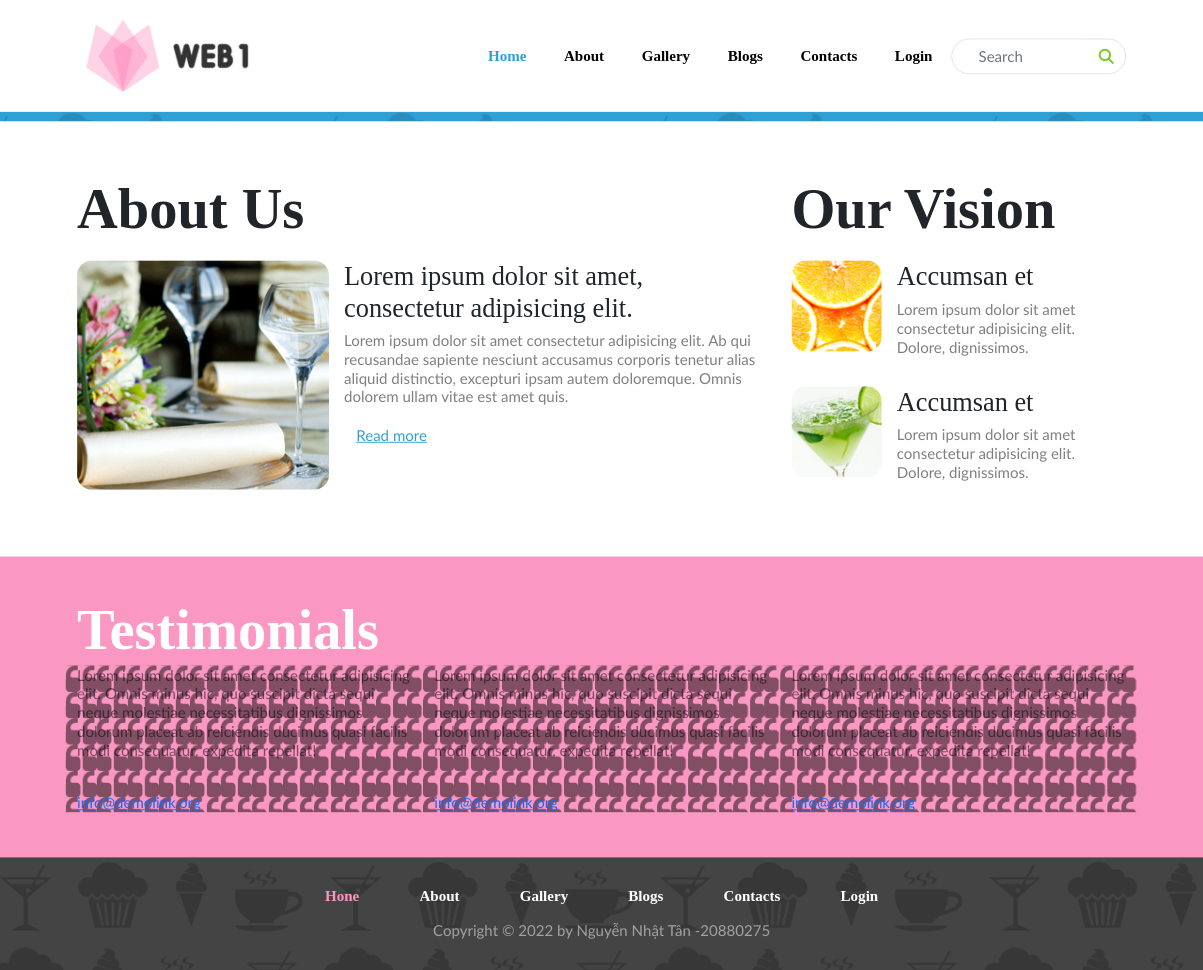
Repository: carembanhkem/web1-20880275
Page: about.html
The author's editor kept a copy of each file at every save. The page is drawn from the files as they stood at one save, then again after a run of saves.
The browser window is 1280 px wide. The pictures show the whole page, at 94% of full size.
Some web fonts or font styles are not loaded; a fallback is used. Some web libraries are served in a nearby version.

Above is the page before, as saved 2023-02-06 11:34:37.
Console error: ReferenceError: bootstrap is not defined

### about.html
<!doctype html>
<html lang="en">

<head>
    <title>20880275 - Web1 Project</title>
    <!-- Required meta tags -->
    <meta charset="utf-8">
    <meta name="viewport" content="width=device-width, initial-scale=1, shrink-to-fit=no">
    <!-- Favicon-->
    <link rel="shortcut icon" href="images/favicon.ico" type="image/x-icon">
    <!-- FontAweSome-->
    <script src="https://kit.fontawesome.com/ee054dad92.js" crossorigin="anonymous"></script>
    <!-- Google Fonts -->
    <link rel="preconnect" href="https://fonts.googleapis.com">
    <link rel="preconnect" href="https://fonts.gstatic.com" crossorigin>
    <link href="https://fonts.googleapis.com/css2?family=Changa+One&display=swap" rel="stylesheet">
    <!-- Bootstrap CSS v5.2.1 -->
    <link href="https://cdn.jsdelivr.net/npm/bootstrap@5.2.1/dist/css/bootstrap.min.css" rel="stylesheet"
        integrity="sha384-iYQeCzEYFbKjA/T2uDLTpkwGzCiq6soy8tYaI1GyVh/UjpbCx/TYkiZhlZB6+fzT" crossorigin="anonymous">
    <link rel="stylesheet" href="css/20880275.css">
</head>

<body>
    <header class="container">
        <nav class="navbar navbar-expand-sm navbar-light">
            <a class="navbar-brand" href="#">
                <img src="images/logo.png" alt="Web1 Logo">
            </a>
            <button class="navbar-toggler d-lg-none" type="button" data-bs-toggle="collapse" data-bs-target="#menu-header" aria-controls="menu-header"
                aria-expanded="false" aria-label="Toggle navigation"></button>
            <div class="collapse navbar-collapse" id="menu-header">
                <ul class="navbar-nav ms-auto mt-2 mt-lg-0">
                    <li class="nav-item">
                        <a class="nav-link active" href="index.html" aria-current="page">Home <span class="visually-hidden">(current)</span></a>
                    </li>
                    <li class="nav-item">
                        <a class="nav-link" href="about.html">About</a>
                    </li>
                    <li class="nav-item">
                        <a class="nav-link" href="gallery.html">Gallery</a>
                    </li>
                    <li class="nav-item">
                        <a class="nav-link" href="blogs.html">Blogs</a>
                    </li>
                    <li class="nav-item">
                        <a class="nav-link" href="contact.html">Contacts</a>
                    </li>
                    <li class="nav-item">
                        <a class="nav-link" href="#" data-bs-toggle="modal" data-bs-target="#modalLogin">Login</a>
                    </li>
                </ul>
                <form class="d-flex my-2 my-lg-0 border rounded-pill" id="formSearch">
                    <input class="form-control border-0 ms-3" type="text" placeholder="Search">
                    <button class="btn my-2 my-sm-0 border-0" type="submit"><i class="fa-solid fa-magnifying-glass"></i></button>
                </form>
            </div>
        </nav>
    </header>

    <section id="banner-small">

    </section>

    <section class="container py-5">
        <div class="row">
            <div class="col-md-8">
                <h1 class="py-3">About Us</h1>
                <div>
                    <img src="images/about-1.jpg" alt="About us" class="float-start rounded-4 me-3">
                    <h3>Lorem ipsum dolor sit amet, consectetur adipisicing elit.</h3>
                    <p class="text-black-50">Lorem ipsum dolor sit amet consectetur adipisicing elit. Ab qui recusandae sapiente nesciunt accusamus corporis tenetur alias aliquid distinctio, excepturi ipsam autem doloremque. Omnis dolorem ullam vitae est amet quis.</p>
                    <a href="#" class="btn btn-link readmore">Read more</a>
                </div>
            </div>
            <div class="col-md-4 col-sm-12">
                <h1 class="py-3">Our Vision</h1>
                <div class="clearfix mb-3">
                    <img src="images/vision/vision-1.jpg" alt="vision1" class="float-start me-3 rounded-4">
                    <h3>Accumsan et</h3>
                    <p class="text-black-50">Lorem ipsum dolor sit amet consectetur adipisicing elit. Dolore, dignissimos.</p>
                </div>
                <div class="clearfix mb-3">
                    <img src="images/vision/vision-2.jpg" alt="vision1" class="float-start me-3 rounded-4">
                    <h3>Accumsan et</h3>
                    <p class="text-black-50">Lorem ipsum dolor sit amet consectetur adipisicing elit. Dolore, dignissimos.</p>
                </div>
            </div>
        </div>
    </section>
    <!-- Testimonials-->
    <section class="container-fluid py-5" id="testimonials">
        <div class="container">
            <h1 class="text-white">Testimonials</h1>
            <div class="row">
                <div class="col">
                    <p class="text-black-50">Lorem ipsum dolor sit amet consectetur adipisicing elit. Omnis minus hic, quo suscipit dicta sequi neque molestiae necessitatibus dignissimos dolorum placeat ab reiciendis ducimus quasi facilis modi consequatur, expedita repellat!</p>
                    <span class="text-white"></span><br>
                    <a href="#">info@demolink.org</a>
                </div>
                <div class="col">
                    <p class="text-black-50">Lorem ipsum dolor sit amet consectetur adipisicing elit. Omnis minus hic, quo suscipit dicta sequi neque molestiae necessitatibus dignissimos dolorum placeat ab reiciendis ducimus quasi facilis modi consequatur, expedita repellat!</p>
                    <span class="text-white"></span><br>
                    <a href="#">info@demolink.org</a>
                </div>
                <div class="col">
                    <p class="text-black-50">Lorem ipsum dolor sit amet consectetur adipisicing elit. Omnis minus hic, quo suscipit dicta sequi neque molestiae necessitatibus dignissimos dolorum placeat ab reiciendis ducimus quasi facilis modi consequatur, expedita repellat!</p>
                    <span class="text-white"></span><br>
                    <a href="#">info@demolink.org</a>
                </div>
            </div>
        </div>
    </section>

    <!-- Footer -->
    <footer class="text-center container-fluid text-white py-3">
        <ul class="nav justify-content-center py-3" id="menu-footer">
            <li class="nav-item">
                <a class="nav-link active" href="#" aria-current="page">Hone</a>
            </li>
            <li class="nav-item">
                <a class="nav-link" href="about.html">About</a>
            </li>
            <li class="nav-item">
                <a class="nav-link" href="gallery.html">Gallery</a>
            </li>
            <li class="nav-item">
                <a class="nav-link" href="blogs.html">Blogs</a>
            </li>
            <li class="nav-item">
                <a class="nav-link" href="contact.html">Contacts</a>
            </li>
            <li class="nav-item">
                <a class="nav-link" href="#" data-bs-toggle="modal" data-bs-target="#modalLogin">Login</a>
            </li>
        </ul>
        <p class="text-white-50">Copyright &copy; 2022 by  Nguyễn Nhật Tân -20880275</p>
    </footer>

    <!-- Modal Body -->
    <!-- if you want to close by clicking outside the modal, delete the last endpoint:data-bs-backdrop and data-bs-keyboard -->
    <div class="modal fade" id="modalLogin" tabindex="-1" data-bs-backdrop="static" data-bs-keyboard="false" role="dialog" aria-labelledby="modalTitleId" aria-hidden="true">
        <div class="modal-dialog modal-dialog-scrollable modal-dialog-centered modal-sm" role="document">
            <div class="modal-content">
                <div class="modal-header">
                    <button type="button" class="btn-close" data-bs-dismiss="modal" aria-label="Close"></button>
                </div>
                <div class="modal-body">
                    <form action="#" method="post" id="formLogin">
                        <h3 class="text-center">Login Form</h3>
                        <div class="mb-3">
                            <input type="text" name="username" id="username" placeholder="Username" class="form-control">
                        </div>
                        <div class="mb-3">
                            <input type="password" name="password" id="password" placeholder="Password" class="form-control">
                        </div>
                        <button type="submit" class="form-control btn">Login</button>
                    </form>
                </div>
                <div class="modal-footer">

                </div>
            </div>
        </div>
    </div>


    <!-- Optional: Place to the bottom of scripts -->
    <script>
        const myModal = new bootstrap.Modal(document.getElementById('modalLogin'), options)

    </script>

    <!-- Boostrap JavaScript Libraries -->
    <script src="https://cdn.jsdelivr.net/npm/@popperjs/core@2.11.6/dist/umd/popper.min.js"
        integrity="sha384-oBqDVmMz9ATKxIep9tiCxS/Z9fNfEXiDAYTujMAeBAsjFuCZSmKbSSUnQlmh/jp3" crossorigin="anonymous">
    </script>

    <script src="https://cdn.jsdelivr.net/npm/bootstrap@5.2.1/dist/js/bootstrap.min.js"
        integrity="sha384-7VPbUDkoPSGFnVtYi0QogXtr74QeVeeIs99Qfg5YCF+TidwNdjvaKZX19NZ/e6oz" crossorigin="anonymous">
    </script>
</body>

</html>

### css/20880275.css
:root {
    --web1-pink: #FA97C2;
    --web1-blue: #2FA0D5;
    --web1-green: #73C926;
}

body {
    font-family: 'Trebuchet MS', Arial, Helvetica, sans-serif;
    font-size: 16px;
    line-height: 20px;
}

h1, h2, h3, h4 {
    font-family: 'Changa One', cursive;
    font-weight: 400;
}

h1 {
    font-size: 60px;
    line-height: 60px;
    font-weight: 900;
}

/* Header */
#menu-header a {
    display: block;
    padding: 0 1.25rem;
    font-weight: bold;
    color: black;
    font-family: 'Changa One', cursive;
}
#menu-header a.active {
    color: var(--web1-blue);
}

#formSearch input {
    width: 8rem;
}

#formSearch i {
    color: var(--web1-green);
}

/* Banner */
#banner {
    background-image: url('../images/bg-banner.gif');
}

#banner > div {
    background: url('../images/logo_bg.png') left top no-repeat, url('../images/search_bg.png') right top no-repeat;
    padding: 5rem 0  3rem 0;
}

#banner a {
    background-color: var(--web1-pink);
    font-family: 'Changa One', cursive;
    font-size: 2rem;
}

#banner .carousel-item {
    min-height: 15rem; /*Do chieu cao khong co dinh nen minheight bang cai lon nhat de ko bi xe dich*/
}

#banner .carousel-indicators li {
    width: 1.2rem;
    height: 1.2rem;
    border-radius: 1.2rem; /* de no thanh hinh tron*/
    border: none; /* de no thanh hinh tron vi width = height = border radius*/
    margin: 0 0.25rem;
    position: relative;
}

#banner .carousel-indicators li span {
    position: absolute;
    top: 0.3rem;
    left: 0.3rem;
    width: 0.6rem;
    height: 0.6rem;
    border-radius: 0.6rem;
    border: none;
    text-align:left;
    text-indent: -9999px;
}

#banner .carousel-indicators li.active span{
    background-color: var(--web1-green);
}

/* banner small */
#banner-small {
    background-image: url(../images/bg-banner.gif);
    padding: 5px;
}

/* products */
.readmore {
    color: var(--web1-blue);
    margin-top: -4px;
}

.web1-text-blue {
    color: var(--web1-blue);
}

/* about us */
#aboutus {
    background-color: var(--web1-pink);
}
/* Testimonials */
#testimonials {
    background-color: var(--web1-pink);
}
#testimonials .col {
    background: url("../images/quot.png");
}

#formSignUp {
    border-style: dashed !important;
    border-color: rgba(0,0,0,0.5) !important;
}

/* news */
#news .date {
    background-color: var(--web1-green);
    width: 6rem;
    padding: 1.5rem;
}

/* Footer*/
footer {
    background-image: url('../images/bg-footer.gif');
}

#menu-footer a {
    color: white;
    font-weight: bold;
    font-family: 'Changa One', cursive;
    display: block;
    padding: 0 2rem;
}

#menu-footer a.active {
    color: var(--web1-pink);
}

/* Modal Login*/
#formLogin button[type="submit"]{
    background-color: var(--web1-blue);
    color: white;
}

After the next 7 saves:
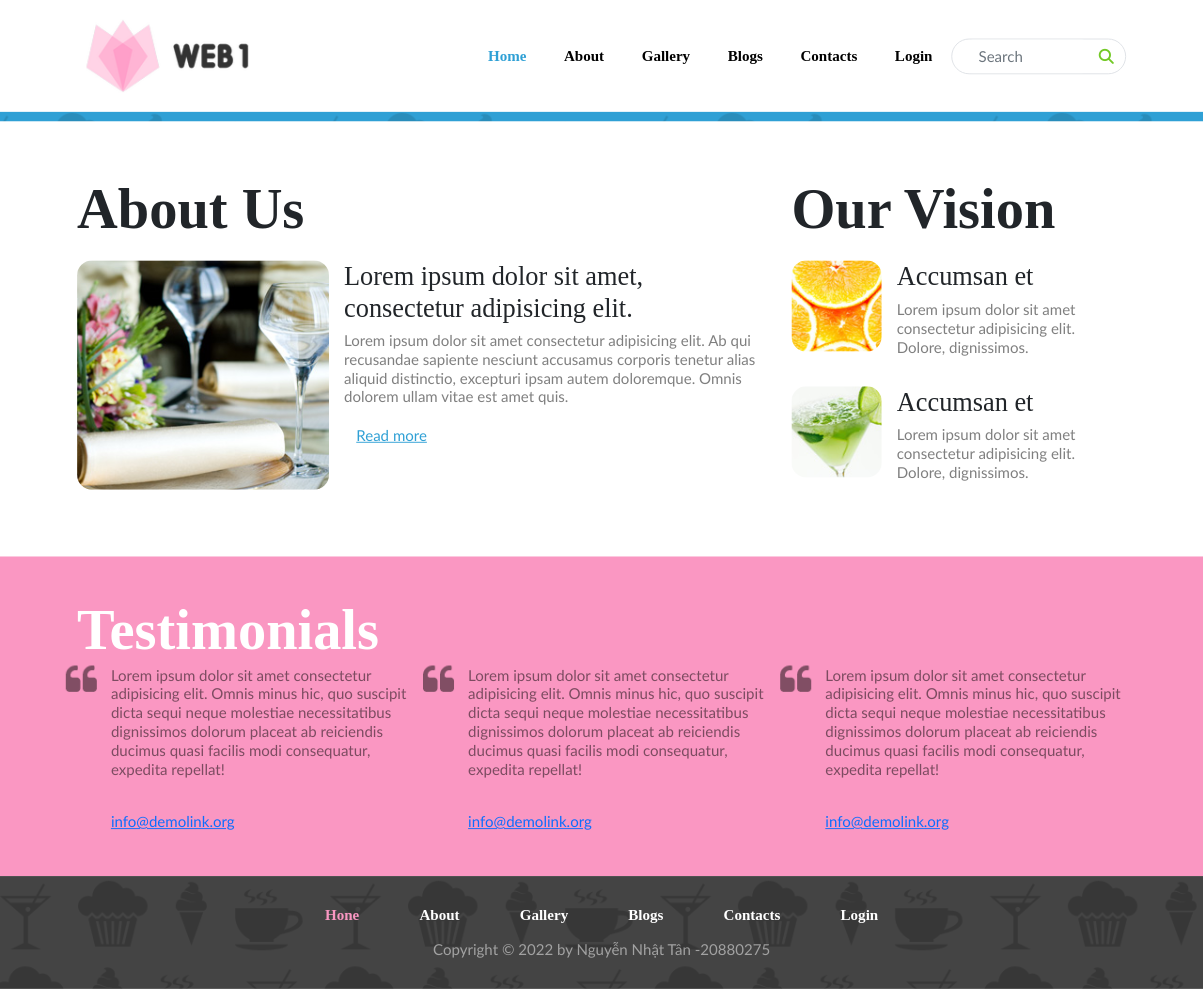
The 7 saves are shown as one change because they came seconds apart.
The last was saved 23 s later.
--- a/css/20880275.css
+++ b/css/20880275.css
@@ -111,7 +111,8 @@ h1 {
     background-color: var(--web1-pink);
 }
 #testimonials .col {
-    background: url("../images/quot.png");
+    background: url("../images/quot.png") left top no-repeat;
+    padding-left: 3rem;
 }
 
 #formSignUp {
